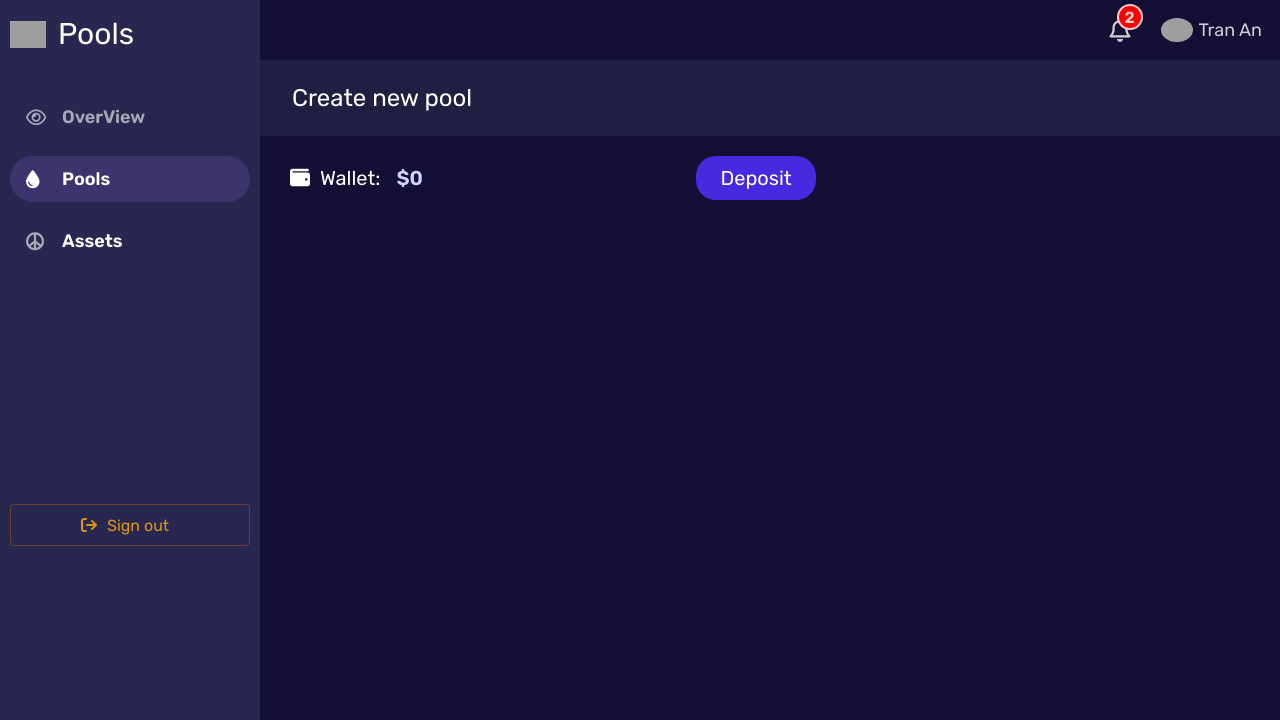
Repository: quynh232000/pools
Page: pool/create-pool.html
These files come from the project's save history. The page is drawn as it stood at one moment and after the next save; the edit follows.
The browser window is 1280 px wide. The pictures show the whole page.
The pointer rests on the first visible `.create-btn`.
Pictures or frames that could not be fetched are drawn as grey boxes.

Above is the page before, as saved 2023-07-14 00:21:45.

### pool/create-pool.html
<!DOCTYPE html>
<html lang="en">
  <head>
    <meta charset="UTF-8" />
    <meta name="viewport" content="width=device-width, initial-scale=1.0" />
    <title>Create Pool</title>

    <link rel="stylesheet" href="../src/css/base.css" />
    <link rel="stylesheet" href="../src/css/style.css" />
    <link rel="stylesheet" href="../src/css/pool.css" />
    <link rel="stylesheet" href="../src/css/create-pool.css" />
    <link
      rel="stylesheet"
      href="https://cdnjs.cloudflare.com/ajax/libs/font-awesome/6.4.0/css/all.min.css"
      integrity="sha512-iecdLmaskl7CVkqkXNQ/ZH/XLlvWZOJyj7Yy7tcenmpD1ypASozpmT/E0iPtmFIB46ZmdtAc9eNBvH0H/ZpiBw=="
      crossorigin="anonymous"
      referrerpolicy="no-referrer"
    />
  </head>
  <body>
    <div class="container">
      <div class="sidebar">
        <div class="sidebar-logo">
          <img src="https://sef-eco.vercel.app/assets/images/logo.png" alt="" />
          <span>Pools</span>
        </div>
        <div class="sidebar-items">
          <div class="sidebar-list">
            <div class="sidebar-item">
              <i class="fa-regular fa-eye"></i>
              <div class="sidebar-item-name">OverView</div>
            </div>
            <div class="sidebar-item sidebar-item-active">
              <i class="fa-solid fa-droplet"></i>
              <a href="/pool.html" class="sidebar-item-name">Pools</a>
            </div>
            <div class="sidebar-item">
              <i class="fa-solid fa-peace"></i>
              <a href="/index.html" class="sidebar-item-name">Assets</a>
            </div>
          </div>

          <div class="sidebar-sign-out">
            <i class="fa-solid fa-arrow-right-from-bracket"></i>
            <div class="sidebar-item-name">Sign out</div>
          </div>
        </div>
      </div>
      <div class="content">
        <div class="header">
          <div class="header-noti">
            <i class="fa-regular fa-bell"></i>
            <div class="header-noti-count">2</div>
          </div>
          <div class="header-user">
            <img
              src="https://static.vecteezy.com/system/resources/previews/002/002/257/original/beautiful-woman-avatar-character-icon-free-vector.jpg"
              alt=""
            />
            <div class="header-user-name">Tran An</div>
          </div>
        </div>
        <!-- body -->
        <div class="content-title">Create new pool</div>
        <div class="create-body">
          <div class="create-wallet">
            <i class="fa-solid fa-wallet"></i>
            <div class="create-wallet-title">Wallet:</div>
            <span>$0</span>
            <div class="create-btn">Deposit</div>
          </div>
          <div class="create-select-money"></div>
        </div>
      </div>
    </div>
  </body>
</html>

### src/css/base.css
@import url('https://fonts.googleapis.com/css2?family=Rubik:wght@300;400;500;600;700&display=swap');
 :root{
    --primary-color:#fff;
    --text-color:#fff;
    --text-1-color:rgb(211, 209, 255);
    --bg-color:#140f34;
    --bg-item-color:#282750;

 }
*{
    box-sizing: inherit;
}
html,body{
    box-sizing: border-box;
    margin: 0;
    padding: 0;
    font-family: 'Rubik', sans-serif;
    color: var(--text-color);
}
a{
    color: white;
    text-decoration: none;
}

### src/css/style.css
.container{
    width: 100%;
    min-height: 100vh;
    background-color: var(--bg-color);
    display: flex;
}
.sidebar{
    width: 20%;
    min-width: 260px;
    max-width: 400px;
    display: flex;
    flex-direction: column;
    min-height: 100vh;
    background-color: var(--bg-item-color);
}
.sidebar-logo{
    display: flex;
    width: 100%;
    align-items: center;
    padding: 16px 10px;
}
.sidebar-logo img{
    width: 15%;
}
.sidebar-logo span{
    font-size: 30px;
    color: var(--primary-color);
    margin-left: 12px;

}
.sidebar-items{
    padding: 26px 10px;
    display: flex;
    flex-direction: column;
    justify-content: space-between;
    min-height: 70vh;
}
.sidebar-list{

}
.sidebar-item{
    font-size: 18px;
    display: flex;
    align-items: center;
    padding: 12px 16px;
    border-radius: 40px;
    color: rgb(255 255 255/.6);
    margin-bottom: 16px;
    font-weight: 600;
    transition: color .3s;
}
.sidebar-item:hover{
    cursor: pointer;
    color: rgb(255 255 255/.8);
}
.sidebar-item-active{
    background-color:#3c356d ;
    color: var(--text-color);
}
.sidebar-item i{
    min-width: 36px;
}
.sidebar-sign-out{
    display: flex;
    align-items: center;
    color: rgb(218, 149, 23);
    text-align: center;
    border: 1px solid rgba(202, 98, 12,.4);
    justify-content: center;
    padding-right: 10px;
    border-radius: 4px;
    transition: color border .3s;
}
.sidebar-sign-out:hover{
    cursor: pointer;
    color: rgb(253, 166, 5);
    border: 1px solid rgba(202, 98, 12,.5);
}
.sidebar-sign-out i{
    margin-right: 10px;
    padding: 12px 0;
}

.content{
    width: 85%;
    min-height: 100vh;
    /* background-color: var(--bg-color); */
}
.header{
    display: flex;
    justify-content: flex-end;
    padding: 18px;
    color: rgb(255 255 255/.8);
    align-items: center;
}
.header-user{
    display: flex;
    align-items: center;
    font-size: 18px;

}
.header-user img {
    width: 32px;
    border-radius: 50%;
    margin-right: 6px;
}
.header-noti{
    display: flex;
    margin-right: 30px;
    font-size: 20px;
    position: relative;
    font-size: 24px;
}
.header-noti-count{
    width: 26px;
    height: 26px;
    position: absolute;
    top: -14px;
    left: 7px;
    border: 2px solid  rgb(255 255 255/.8);
    text-align: center;
    border-radius: 50%;
    font-size: 16px;
    display: flex;
    align-items: center;
    justify-content: center;
    background-color: var(--bg-color);
    background-color: red;
    font-weight: 600;

}
.content-title{
    background-color: #1f1f42;
    padding: 24px 32px;
    font-size: 24px;
}
.content-list{
    display: flex;
    flex-direction: column;
    align-items: center;
    padding: 0 40px;
}
.content-list-body{
    width: 100%;
    margin-top: 20px;

}
.content-nav{
    width: 100%;
    display: flex;
    justify-content: space-between;
    padding: 12px 26px;
    margin: 10px 0;
    transition: background-color .2s ;
}
.content-nav:hover{
    background-color: #2d2d44;
}
.nav-left{
    width: 50%;
    display: flex;
    align-items: center;
    justify-content: space-between;
    font-size: 22px;

}
.nav-left-info{
    display: flex;
    align-items: center;
}
.nav-left-info img{
    width: 32px;
    margin-right: 8px;
}
.nav-left-name{
    font-size: 22px;
}
.nav-left-balance{
    display: flex;
    flex-direction: column;
    align-items: center;
    flex: 1;
}
.nav-left-balance span:nth-child(2){
    font-size: 20px;
    color: #a8a8a8;
}


.nav-right{
    width: 40%;
    display: flex;
    justify-content: space-between;
    align-items: center;
    color: #b3b1fd;
}
.nav-right span{
    transition: color .3s;
}
.nav-right span i{
    font-size: 16px !important;
    margin-left: 4px;
}
.nav-right span:hover{
    color:#f8c2b0;
    cursor: pointer;
}
.nav-text{
    color: #b3b1fd;
    font-size: 20px;
}
.nav-right .nav-tex:hover{
    color: #b3b1fd !important;
    cursor: no-drop;
}

### src/css/pool.css
.p-content-body{
    width: 100%;
    display: flex;
    flex-wrap: wrap;
    padding: 20px 10px;
}
.content-item-wrapper{
    width: 33.333%;
    padding: 10px ;
}
.p-content-item{
    border-radius: 6px;
    background-color: var(--bg-item-color);
    padding: 14px;
    transition: background-color .3s ease;
}
.p-content-item:hover{
    background-color: #2e2e60;
}
.p-content-item-top{
    display: flex;
    align-items:flex-start;

}
.p-content-item-img{
    margin-right: 6px;
}
.p-content-item-top-info{
    display: flex;
    flex-direction: column;
}
.p-content-item-top-info span{
    padding-top: 4px;
}
.p-content-item-top-info p{
    margin: 4px 0 10px 0;
    color: #a7a3a3;
}
.p-content-item-bottom{
    display: flex;
}
.p-item-type{
    margin-right: 10px;
    padding: 0 8px;
    text-align: center;
}
.p-item-type:first-child{
    border-right: 1px solid gray;
    padding-right: 16px;
}
.p-item-type span{
    font-size: 14px;
    color: #a7a3a3;
    /* font-weight: 600; */
}
.p-item-type p{
    margin: 0;
}
.add-pool{
    display: flex;
    flex-direction: column;
    align-items: center;
    font-size: 20px;
    min-height: 122px;
    justify-content: center;
}
.add-pool i{
    font-size: 26px;
    margin-bottom: 6px;
}

### src/css/create-pool.css
.create-body{
    width: 100%;
    display: flex;
    flex-direction: column;
    padding: 20px 30px;
}
.create-wallet{
    display: flex;
    font-size: 20px;
    align-items: center;
}
.create-wallet-title{
    margin: 0 16px 0 10px;

}
.create-wallet span{
    color: var(--text-1-color);
    min-width: 300px;
    font-weight: 600;
}
.create-btn{
    background-color: rgb(70, 42, 223);
    padding: 10px 24px;
    border-radius: 20px;
    display: flex;
    justify-content: center;
    align-items: center;
}

After the next save:
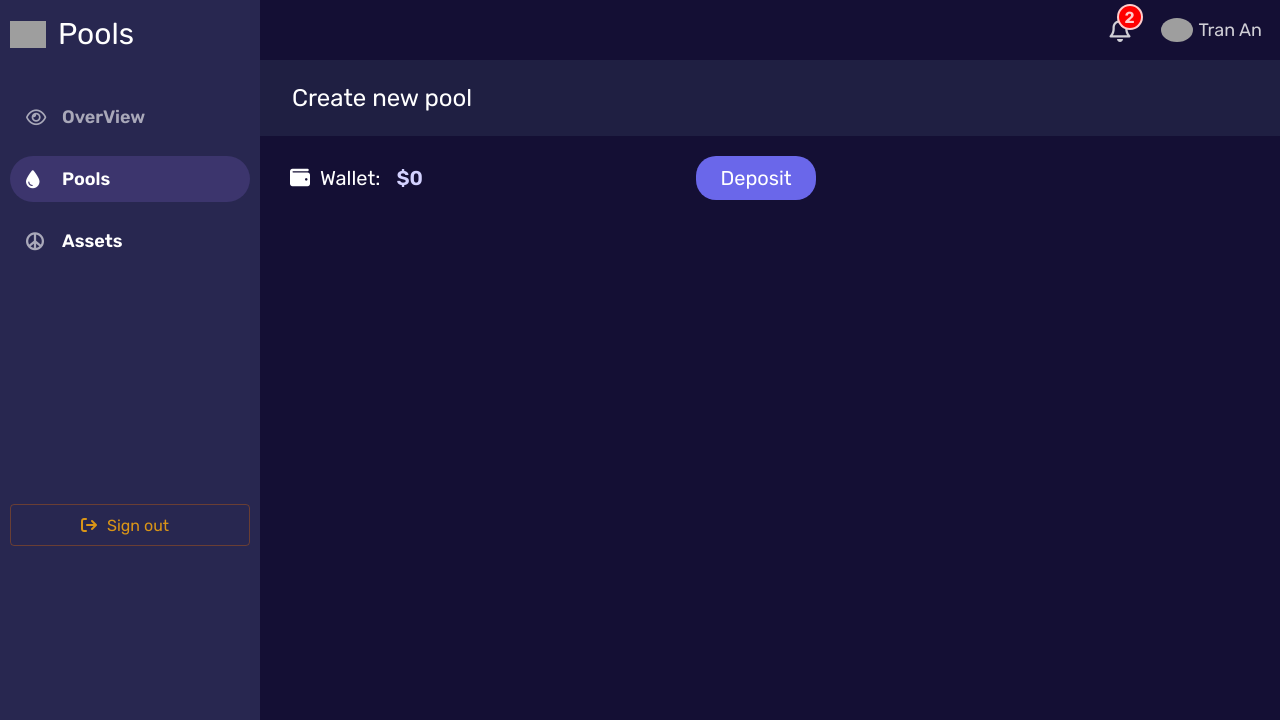
Saved 94 s later.
--- a/src/css/create-pool.css
+++ b/src/css/create-pool.css
@@ -26,3 +26,7 @@
     justify-content: center;
     align-items: center;
 }
+.create-btn:hover{
+    background-color: #6a67ea;
+    cursor: pointer;
+}
